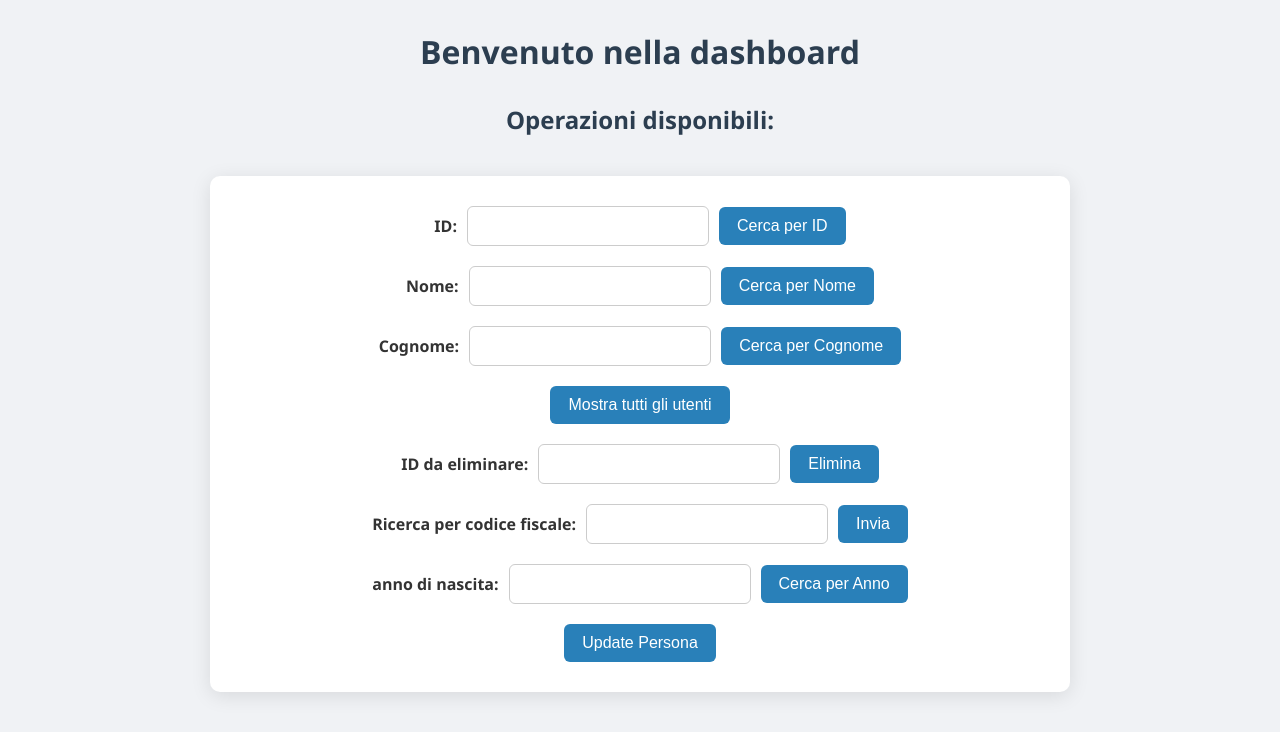
Repository: PcarloP/java_se
Page: http://localhost/anagraficaweb/dashboard.jsp
These files come from the project's save history. The page is drawn as it stood at one moment and after a run of saves; the edit follows.
The browser window is 1280 px wide. The pictures show the whole page.
The page is served by Tomcat 10. Other server files are loaded and not shown.

Above is the page before, as saved 2025-06-22 22:22:15.

### anagraficaweb/WebContent/dashboard.jsp
<%@ page language="java" contentType="text/html; charset=UTF-8"%>
<!DOCTYPE html>
<html lang="it">
<head>
<meta charset="UTF-8">
<title>Dashboard</title>
<link rel="stylesheet"
	href="<%=request.getContextPath()%>/dashboard.css">
</head>

<body>
	<h1>Benvenuto nella dashboard</h1>
	<h2>Operazioni disponibili:</h2>


	<div class="forms-container">
		<!-- chiamata alla servlet del metodo  findById con metodo GET-->
		<form action="<%=request.getContextPath() + "/findById"%>"
			method="get">
			<label>ID:</label> <input type="text" name="id" required />
			<button type="submit">Cerca per ID</button>
		</form>


		<!-- chiamata alla servlet del metodo  findByNome con metodo GET-->
		<form action="<%=request.getContextPath() + "/findByNome"%>"
			method="get">
			<label>Nome:</label> <input type="text" name="nome" required />
			<button type="submit">Cerca per Nome</button>
		</form>


		<!-- chiamata alla servlet del metodo  findByCognome con metodo GET -->
		<form action="<%=request.getContextPath() + "/findByCognome"%>"
			method="get">
			<label>Cognome:</label> <input type="text" name="cognome" required />
			<button type="submit">Cerca per Cognome</button>
		</form>


		<!-- chiamata alla servlet del metodo  findAll con metodo GET-->
		<form action="<%=request.getContextPath() + "/findAll"%>" method="get">
			<button type="submit">Mostra tutti gli utenti</button>
		</form>


		<!-- chiamata alla servlet del metodo delete con metodo GET -->
		<form action="<%=request.getContextPath() + "/delete"%>" method="get">
			<label>ID da eliminare:</label> <input type="text" name="id" required />
			<button type="submit">Elimina</button>
		</form>


		<!--  chiamata alla servlet del metodo FindByCf con metodo GET-->
		<form action="<%=request.getContextPath() + "/findByCf"%>"
			method="get">
			<label> Ricerca per codice fiscale: </label> <input type="text"
				name=codicefiscale required />
			<button type="submit">Invia</button>
		</form>


        <!--  chiamata alla servlet del metodo FindByAnno con metodo GET-->
        <form action="<%=request.getContextPath() + "/findbyanno"%>"
			method="get">
			<label>anno di nascita:</label> <input type="text" name="annoNascita" required />
			<button type="submit">Cerca per Anno</button>
		</form>



<!-- Form per aggiornare una persona -->
<div style="text-align: center; margin-top: 20px;">
  <button type="button"
          class="button-link"
          onclick="window.location.href='<%=request.getContextPath()%>/update'"
          aria-label="Vai alla pagina per aggiornare la persona">
      Update Persona
  </button>
</div>








	</div>
</body>
</html>

### anagraficaweb/WebContent/dashboard.css
body {
    font-family: 'Segoe UI', Tahoma, Geneva, Verdana, sans-serif;
    background-color: #f0f2f5;
    color: #333;
    margin: 0;
    padding: 0;
}


h1, h2 {
    text-align: center;
    color: #2c3e50;
    margin-top: 30px;
}


.forms-container {
    width: 90%;
    max-width: 800px;
    margin: 40px auto;
    padding: 30px;
    background-color: #ffffff;
    border-radius: 10px;
    box-shadow: 0 4px 20px rgba(0, 0, 0, 0.1);
}


form {
    display: flex;
    flex-wrap: wrap;
    align-items: center;
    justify-content: center;
    margin-bottom: 20px;
    gap: 10px;
}

label {
    font-weight: bold;
}

input[type="text"],
input[type="number"] {
    padding: 10px;
    width: 220px;
    border: 1px solid #ccc;
    border-radius: 6px;
    font-size: 1em;
    transition: border-color 0.3s ease;
}

input[type="text"]:focus,
input[type="number"]:focus {
    border-color: #2980b9;
    outline: none;
}

button {
    padding: 10px 18px;
    background-color: #2980b9;
    color: white;
    border: none;
    border-radius: 6px;
    font-size: 1em;
    cursor: pointer;
    transition: background-color 0.3s ease;
}

button:hover {
    background-color: #1c5980;
}

After the next 2 saves:
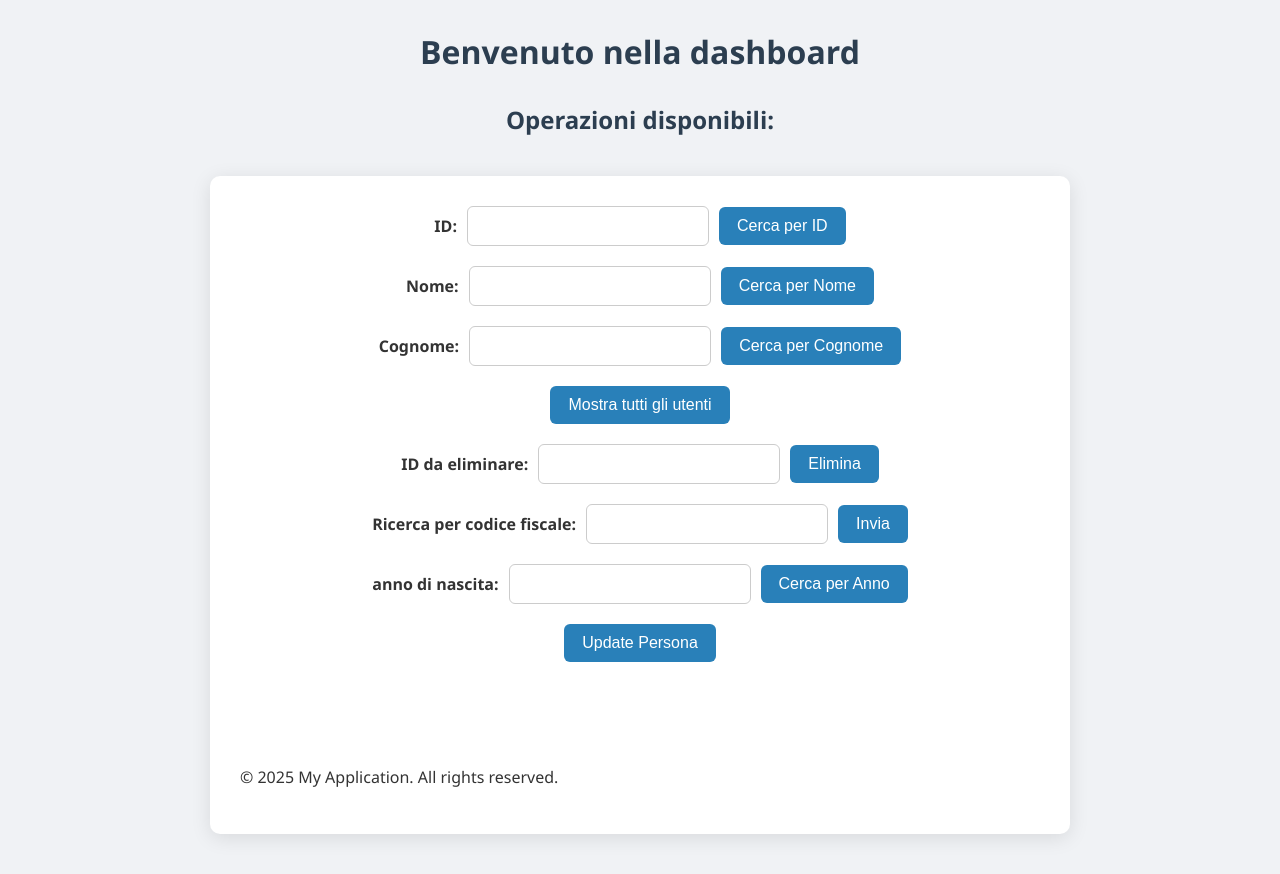
The 2 saves are shown as one change because they came seconds apart.
The last was saved 10 min 29 s later.
--- a/anagraficaweb/WebContent/dashboard.jsp
+++ b/anagraficaweb/WebContent/dashboard.jsp
@@ -80,7 +80,14 @@
 </div>
 
 
+<br>
+<br>
+<br>
+<br>
 
+<footer>
+			<p>&copy; 2025 My Application. All rights reserved.</p>
+		</footer>
 
 
 
